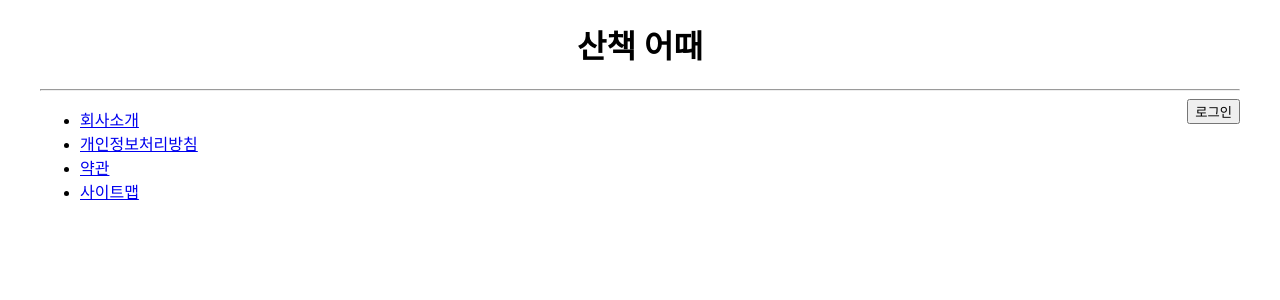
Repository: to-flatwhite1/JSP
Page: http://localhost/JSP/
The author's editor kept a copy of each file at every save. The page is drawn from the files as they stood at one save, then again after the next save.
The browser window is 1280 px wide. The pictures show the whole page.
The page is served by Tomcat 9.

Above is the page before, as saved 2024-05-17 09:16:51.

After the next save:
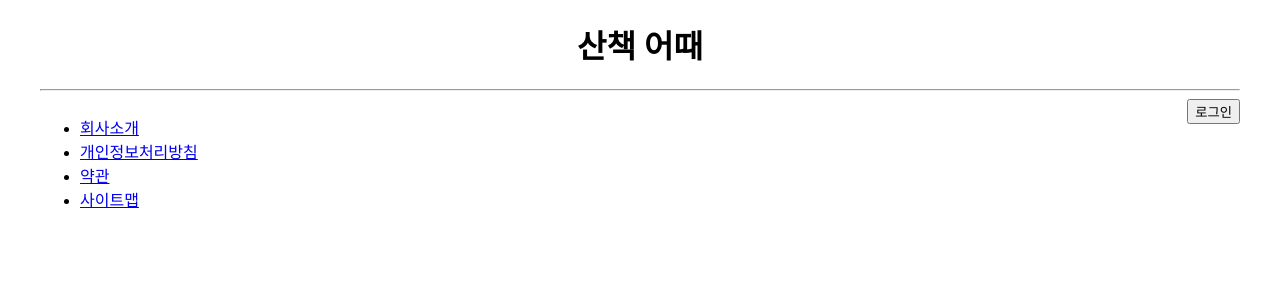
Saved 62 s later.
--- a/portfolio-master/JSP/src/main/webapp/index.jsp
+++ b/portfolio-master/JSP/src/main/webapp/index.jsp
@@ -17,6 +17,10 @@
 		display:inline-block;
 		float:right;
 
+		}
+		#bottomMenu{
+		display:inline-block;
+		float:left;
 		}
 		</style>
 	</head>
